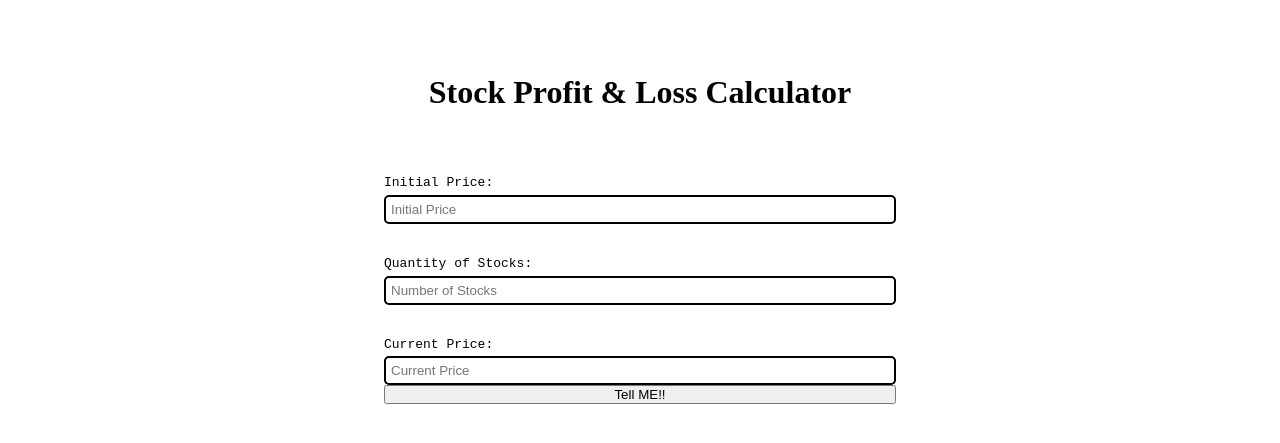
Repository: patelamancode/Stock-P-L-Calculator
Page: index.html
These files come from the project's save history. The page is drawn as it stood at one moment and after the next save; the edit follows.
The browser window is 1280 px wide. The pictures show the whole page.

Above is the page before, as saved 2022-11-23 18:07:57.

After the next save:
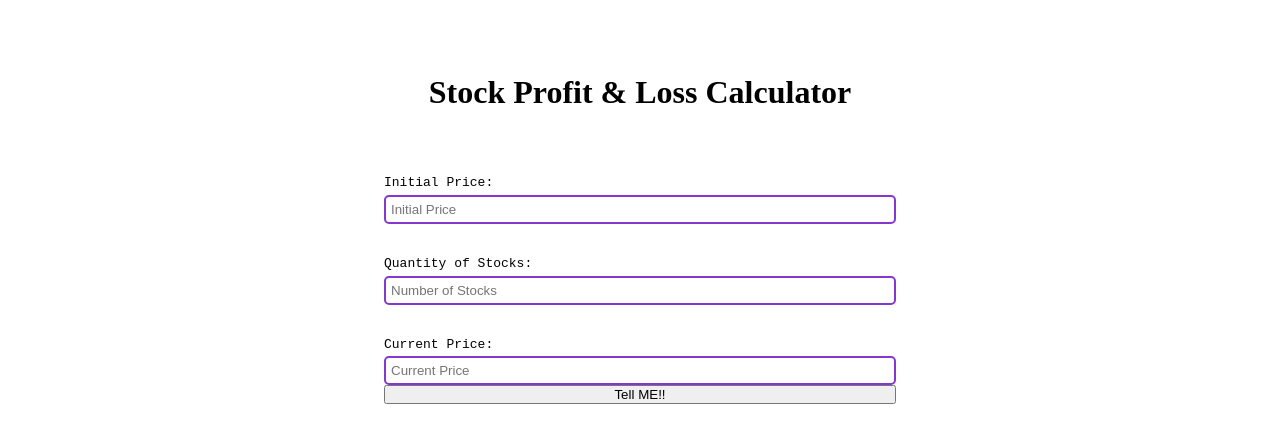
Saved 34 s later.
--- a/index.css
+++ b/index.css
@@ -24,7 +24,7 @@
     font-family: monospace;
   }
   input{
-    border: 2px solid black;
+    border: 2px solid rgb(134, 55, 207);
     border-radius: 5px;
     padding: 5px;
   }
